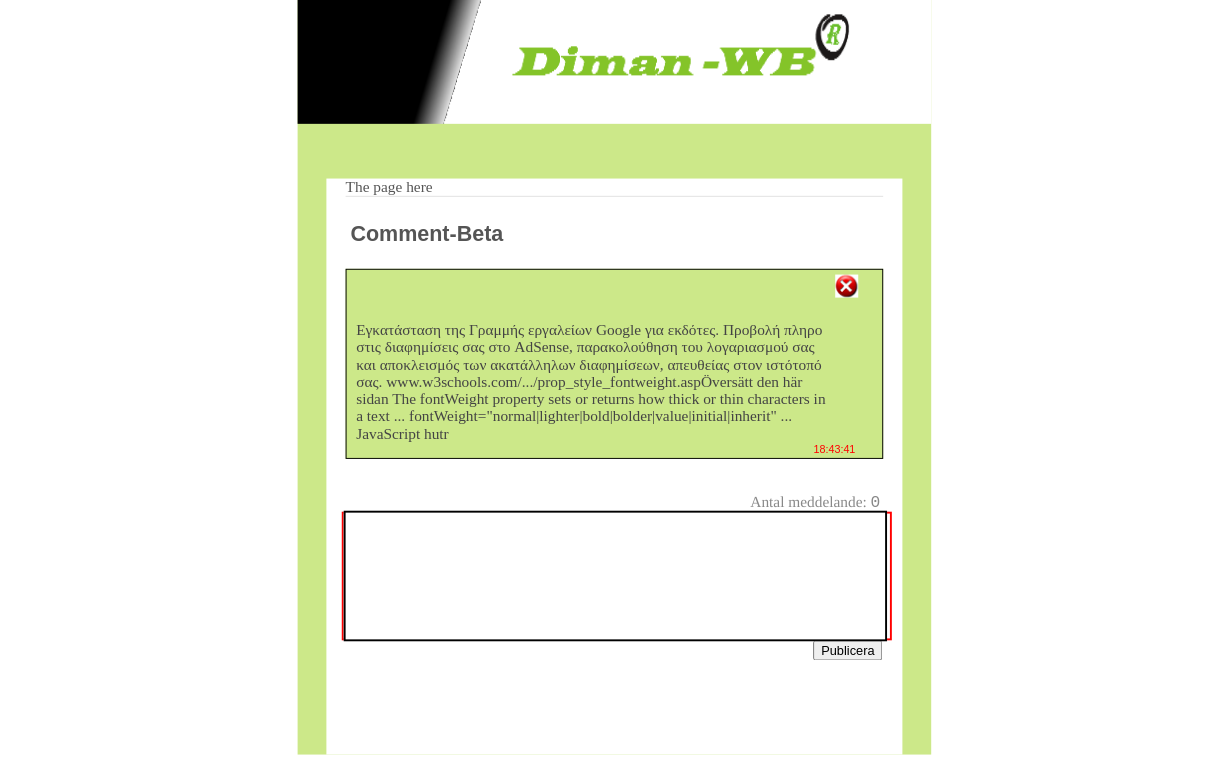
Repository: dn222em/1dv403-laborationer
Page: 2-labbymezzage/index.html
The author's editor kept a record of every edit. The page is drawn from the files as they stood at one moment, then again after the next edit.
The browser window is 1280 px wide. The pictures show the whole page, at 96% of full size.

Above is the page before.

After the next edit:
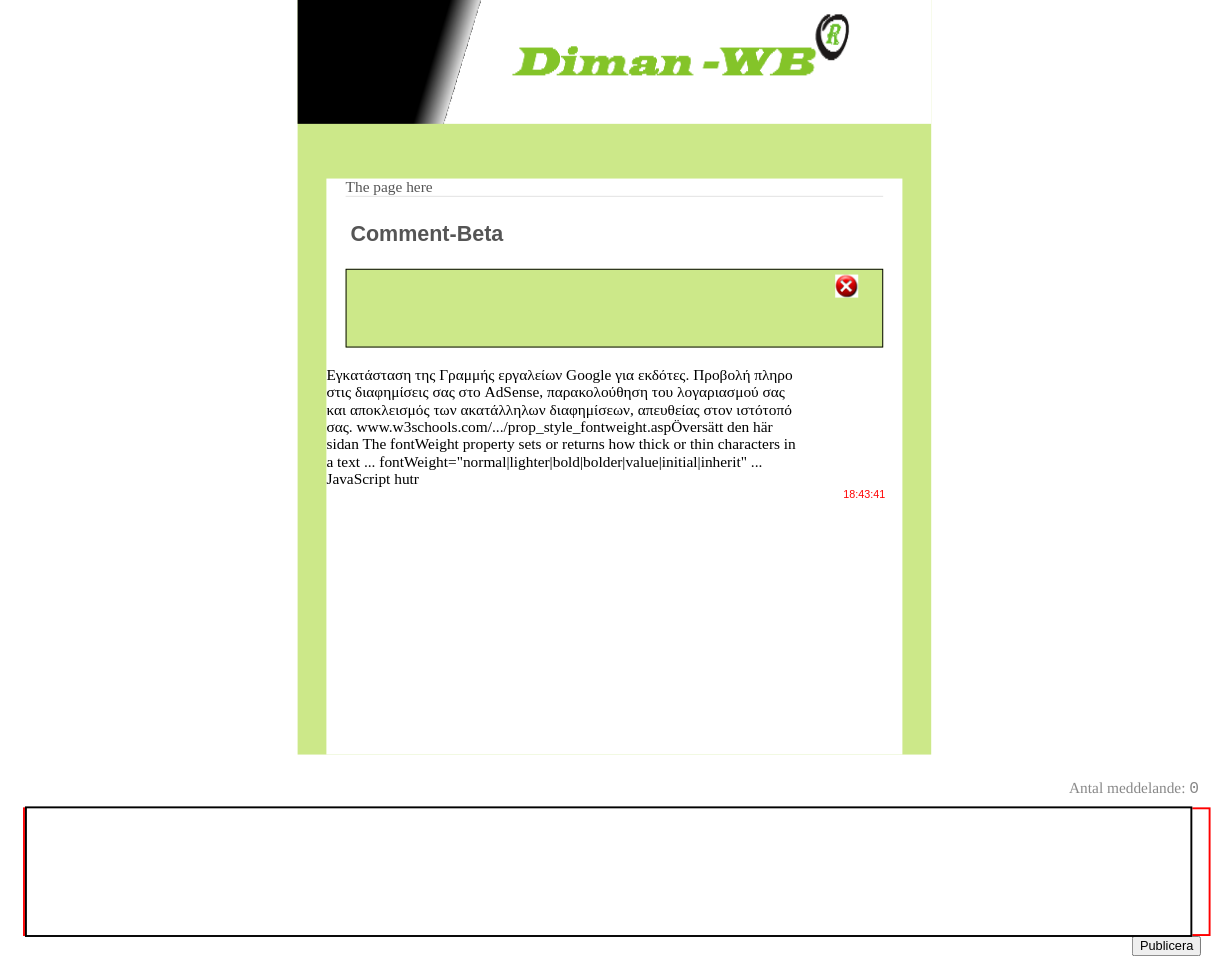
The edit:
--- a/2-labbymezzage/index.html
+++ b/2-labbymezzage/index.html
@@ -38,7 +38,6 @@
                                </div>
                           <li class="comment-holder-li" >
                            <div id="comment-upp-buttons" class="comment-upp-buttons">
-                               <div id="comment-date-button" class="comment-date-button">
                                    <ul>
                                         <li><img id="delete-button" class="delete-button" src="pics/1.png" /></li>
                                    </ul>

After the edit that followed:
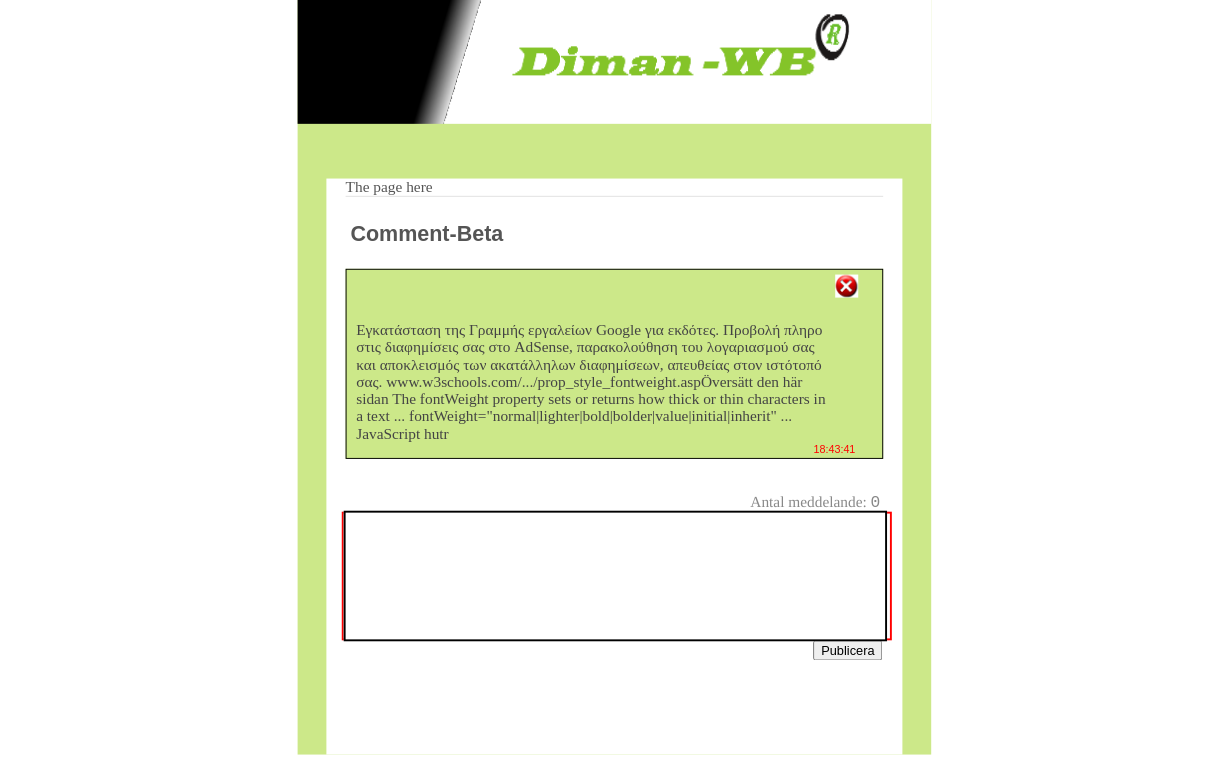
The edit:
--- a/2-labbymezzage/index.html
+++ b/2-labbymezzage/index.html
@@ -41,8 +41,6 @@
                                    <ul>
                                         <li><img id="delete-button" class="delete-button" src="pics/1.png" /></li>
                                    </ul>
-                               </div>
-
                             </div>
                                  <p class="comment-paragraf">Εγκατάσταση της Γραμμής εργαλείων Google για εκδότες. Προβολή πληρο στις διαφημίσεις σας στο AdSense, παρακολούθηση του λογαριασμού σας και αποκλεισμός των ακατάλληλων διαφημίσεων, απευθείας στον ιστότοπό σας.
                                www.w3schools.com/.../prop_style_fontweight.aspÖversätt den här sidan
